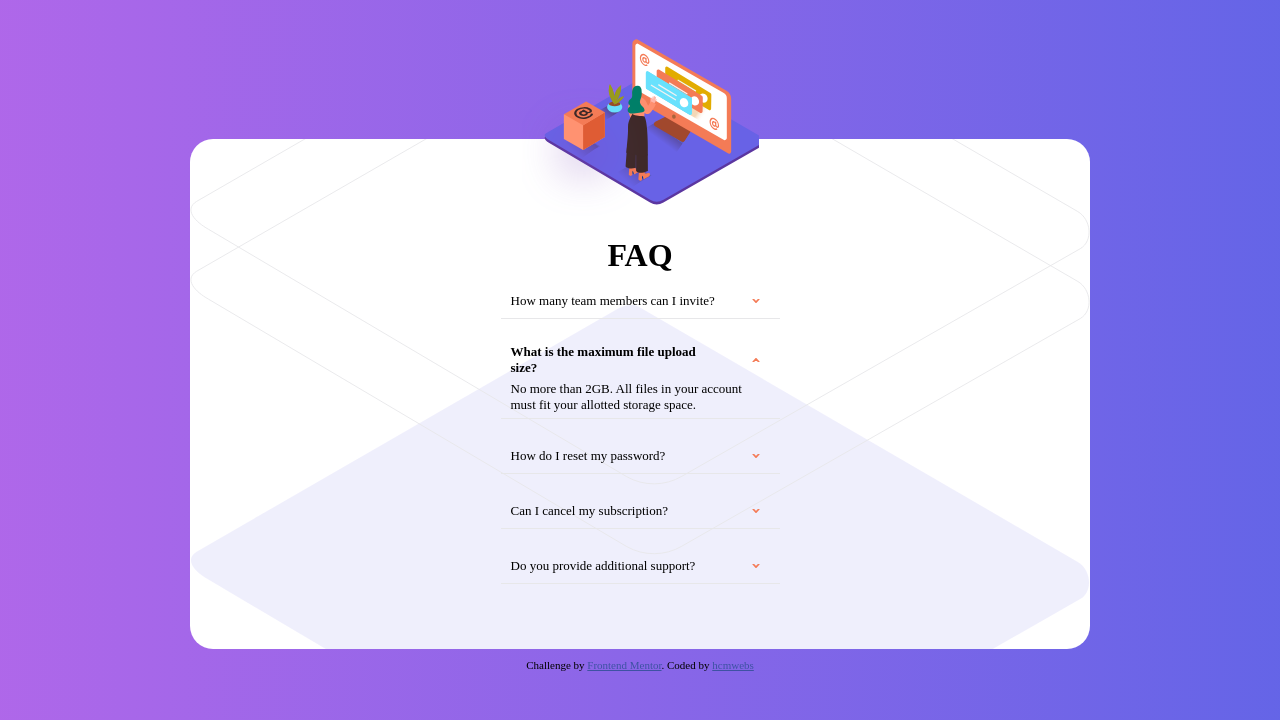
Repository: Hcmwebs/faq-accordion-card
Page: index.html
These files come from the project's save history. The page is drawn as it stood at one moment and after the next save; the edit follows.
The browser window is 1280 px wide. The pictures show the whole page.
The style sheet was rebuilt from its Sass, Less or Tailwind sources for each picture, by a compiler version that may differ from the author's.

Above is the page before, as saved 2020-11-06 13:49:49.

After the next save:
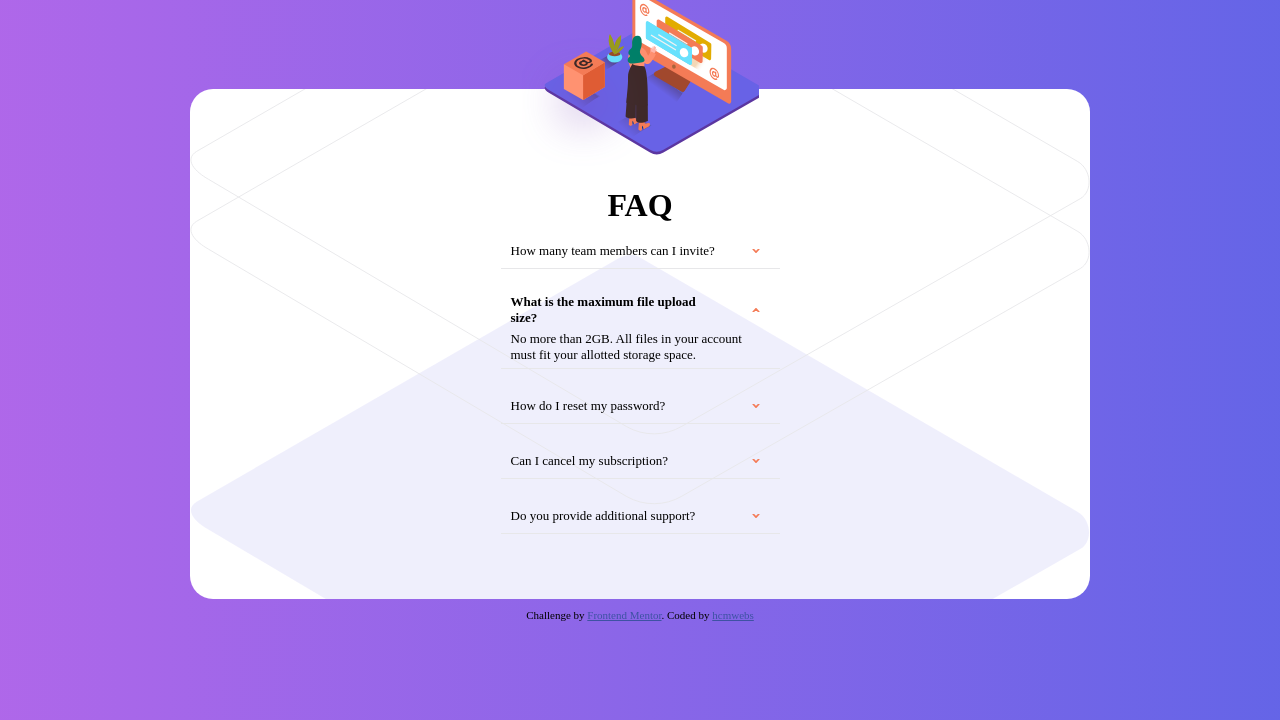
Saved 2 min 15 s later.
--- a/scss/_medias.scss
+++ b/scss/_medias.scss
@@ -9,6 +9,7 @@
     .card{
       width:900px ;
       height: 510px;
+      margin-top: 0;
       flex-direction: $row;
       background-image:url(/images/bg-pattern-desktop.svg);
       background-size:cover;
